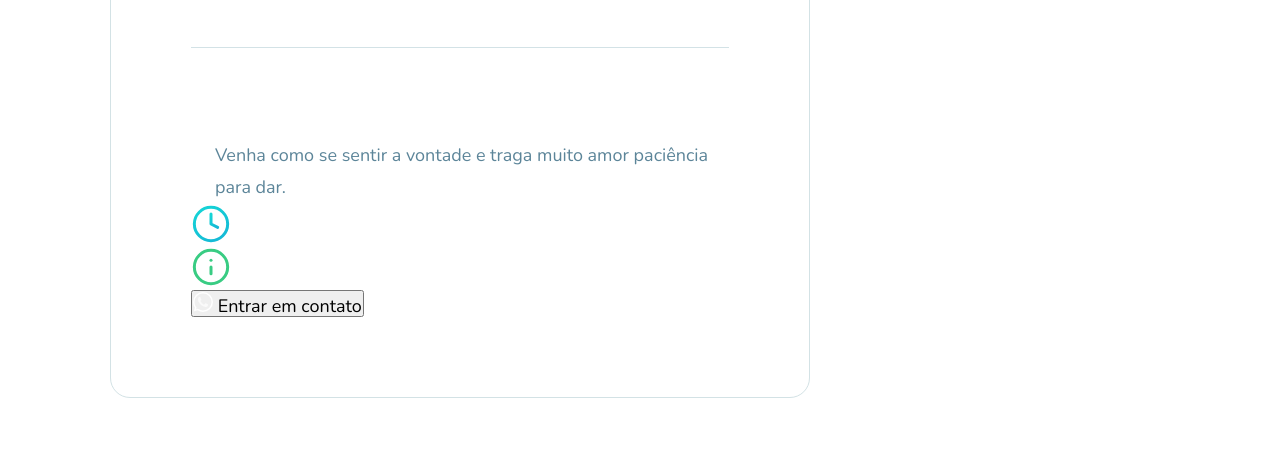
Repository: SrtaPoe/nlw
Page: orphanage.html
An editor plug-in stored every save of this project. The page is shown before and after the next save, followed by the edit.
The browser window is 1280 px wide. The pictures show the part of the page from y = 1116 to 1578 px (the page is 1578 px tall before and 1566 px after).
Some web libraries are served in a nearby version.

Above is the page before, as saved 2020-10-17 17:57:33.

After the next save:
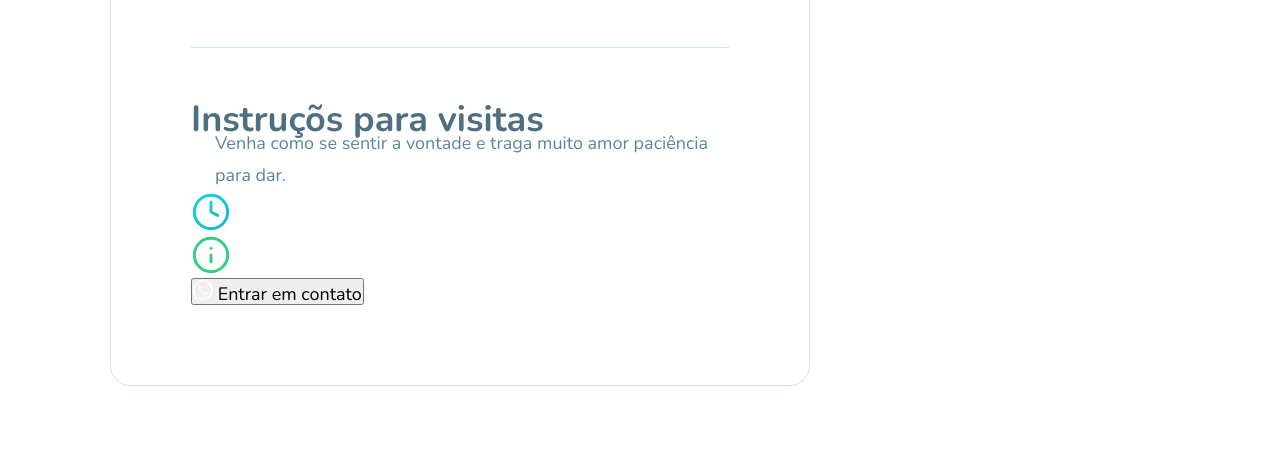
Saved 47 s later.
--- a/public/css/page-orphanage.css
+++ b/public/css/page-orphanage.css
@@ -132,3 +132,9 @@
     background: #d3e2e6;
     margin: 6.4rem 0;
 }
+
+.orphanage-details-content h2 {
+    font-size: 3.6rem;
+    line-height: 1.5rem;
+    color: #4d6f80;
+}
